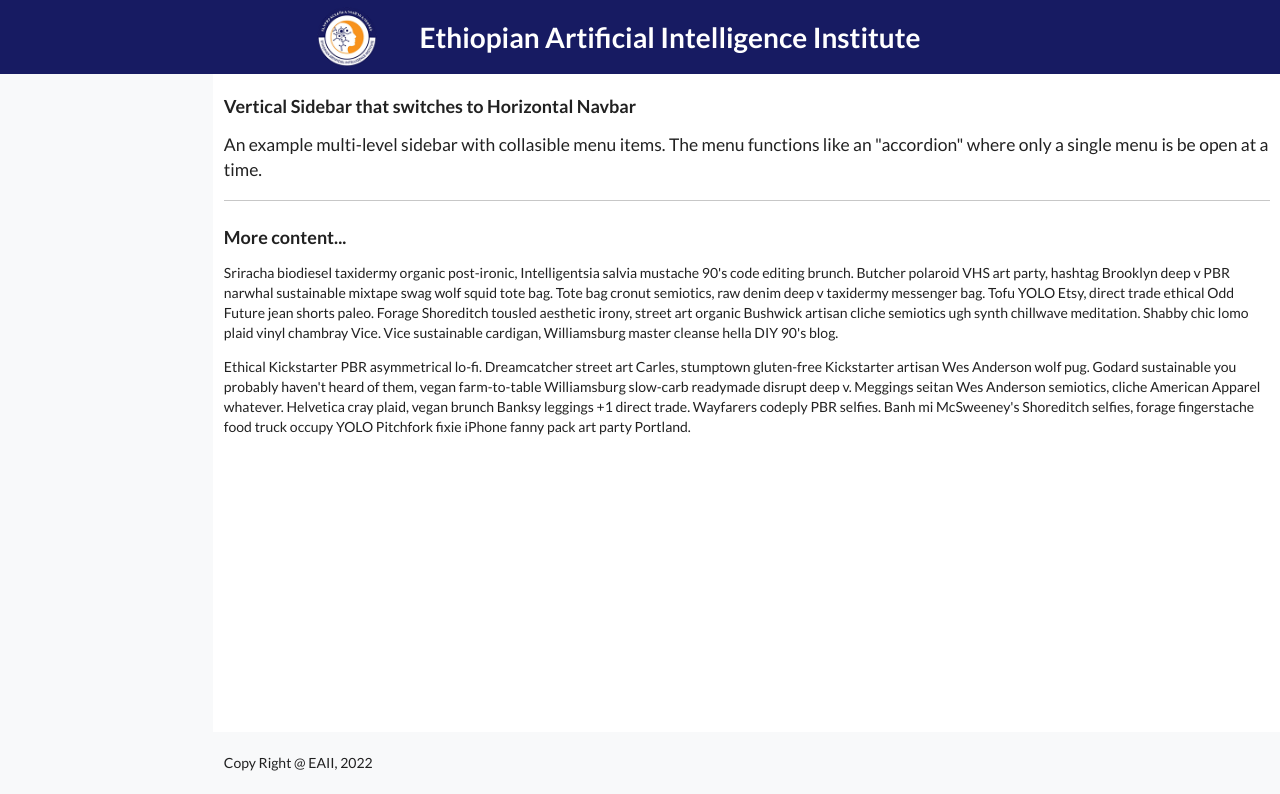
Repository: degagawolde/lung-disease-detection-webapp
Page: DiseaseClassification/templates/index.html
These files come from the project's save history. The page is drawn as it stood at one moment and after the next save; the edit follows.
The browser window is 1280 px wide. The pictures show the whole page.
Some web libraries are served in a nearby version. The page is served by the project's application, run on Django 4.2 (manage.py). Other server files are loaded and not shown. The template is opened directly, without the code that normally fills it, so the values that code supplies are empty.

Above is the page before, as saved 2022-09-25 17:30:23.

### templates/index.html
<!DOCTYPE html>
{% load static %}
<link
rel = "stylesheet"
type = "text/css"
href = "{% static '/bootstrap/css/bootstrap.min.css' %}"
/>
<html lang="en">
<head>
    <style>
        @media (min-width: 576px) {
            .h-sm-100 {
                height: 100%;
            }
        }
    </style>
    <!-- Required meta tags -->
    <meta charset="utf-8">
    <meta name="viewport" content="width=device-width, initial-scale=1, shrink-to-fit=no">
    <!-- semantic UI -->
    <link rel="stylesheet" type='text/css'
        href="https://cdnjs.cloudflare.com/ajax/libs/semantic-ui/2.2.14/semantic.min.css">
    <!--Chart js-->
    <script src="https://cdnjs.cloudflare.com/ajax/libs/Chart.js/2.8.0/Chart.min.js"
        integrity="sha256-Uv9BNBucvCPipKQ2NS9wYpJmi8DTOEfTA/nH2aoJALw=" crossorigin="anonymous"></script>
    <link rel="stylesheet" href="https://cdnjs.cloudflare.com/ajax/libs/Chart.js/2.8.0/Chart.min.css"
        integrity="sha256-aa0xaJgmK/X74WM224KMQeNQC2xYKwlAt08oZqjeF0E=" crossorigin="anonymous" />
    <!-- jQuery -->
    <script src="https://code.jquery.com/jquery-3.3.1.min.js"></script>
</head>
<body>

    <nav class="navbar justify-content-center" style="background-color: #171b62;">
        <img src="{% static 'images/logo.png' %}" width="60" height="60" class="d-inline-block align-top" alt="">
    <div class="px-5">
        <h1 style="color: white;">Ethiopian Artificial Intelligence Institute</h1>
    </div>
    </nav>
    <div class="container-fluid overflow-hidden">
    <div class="row vh-100 overflow-auto">
        <div class="col-12 col-sm-3 col-xl-2 px-sm-2 px-0 bg-light d-flex sticky-top">

        </div>
        <div class="col d-flex flex-column h-sm-100">
            <main class="row overflow-auto">
                <div class="col pt-4">
                    <h3>Vertical Sidebar that switches to Horizontal Navbar</h3>
                    <p class="lead">An example multi-level sidebar with collasible menu items. The menu functions like an "accordion" where only a single menu is be open at a time.</p>
                    <hr />
                    <h3>More content...</h3>
                    <p>Sriracha biodiesel taxidermy organic post-ironic, Intelligentsia salvia mustache 90's code editing brunch. Butcher polaroid VHS art party, hashtag Brooklyn deep v PBR narwhal sustainable mixtape swag wolf squid tote bag. Tote bag cronut semiotics, raw denim deep v taxidermy messenger bag. Tofu YOLO Etsy, direct trade ethical Odd Future jean shorts paleo. Forage Shoreditch tousled aesthetic irony, street art organic Bushwick artisan cliche semiotics ugh synth chillwave meditation. Shabby chic lomo plaid vinyl chambray Vice. Vice sustainable cardigan, Williamsburg master cleanse hella DIY 90's blog.</p>
                    <p>Ethical Kickstarter PBR asymmetrical lo-fi. Dreamcatcher street art Carles, stumptown gluten-free Kickstarter artisan Wes Anderson wolf pug. Godard sustainable you probably haven't heard of them, vegan farm-to-table Williamsburg slow-carb readymade disrupt deep v. Meggings seitan Wes Anderson semiotics, cliche American Apparel whatever. Helvetica cray plaid, vegan brunch Banksy leggings +1 direct trade. Wayfarers codeply PBR selfies. Banh mi McSweeney's Shoreditch selfies, forage fingerstache food truck occupy YOLO Pitchfork fixie iPhone fanny pack art party Portland.</p>
                </div>
            </main>
            <footer class="row bg-light py-4 mt-auto">
                <div class="col"> Copy Right @ EAII, 2022 </div>
            </footer>
        </div>
    </div>
</div>
     {% block content %}
     {% endblock %}
        </main>
</body>
</html>

### LungDiseaseDetection/urls.py
"""LungDiseaseDetection URL Configuration

The `urlpatterns` list routes URLs to views. For more information please see:
    https://docs.djangoproject.com/en/4.0/topics/http/urls/
Examples:
Function views
    1. Add an import:  from my_app import views
    2. Add a URL to urlpatterns:  path('', views.home, name='home')
Class-based views
    1. Add an import:  from other_app.views import Home
    2. Add a URL to urlpatterns:  path('', Home.as_view(), name='home')
Including another URLconf
    1. Import the include() function: from django.urls import include, path
    2. Add a URL to urlpatterns:  path('blog/', include('blog.urls'))
"""
from django.contrib.staticfiles.urls import staticfiles_urlpatterns

from django.contrib import admin
from django.urls import path

from django.contrib import admin
from django.urls import include, path

urlpatterns = [
    path("", include("DiseaseClassification.urls")),
    path('admin/', admin.site.urls)
]

urlpatterns += staticfiles_urlpatterns()

### DiseaseClassification/urls.py
from django.urls import path
from DiseaseClassification import views

urlpatterns = [
    path("", views.home, name="home"),
    path("classify/<name>",views.hello_there,name='classification')
]

Loaded but not shown: static/bootstrap/css/bootstrap.min.css (library)

After the next save:
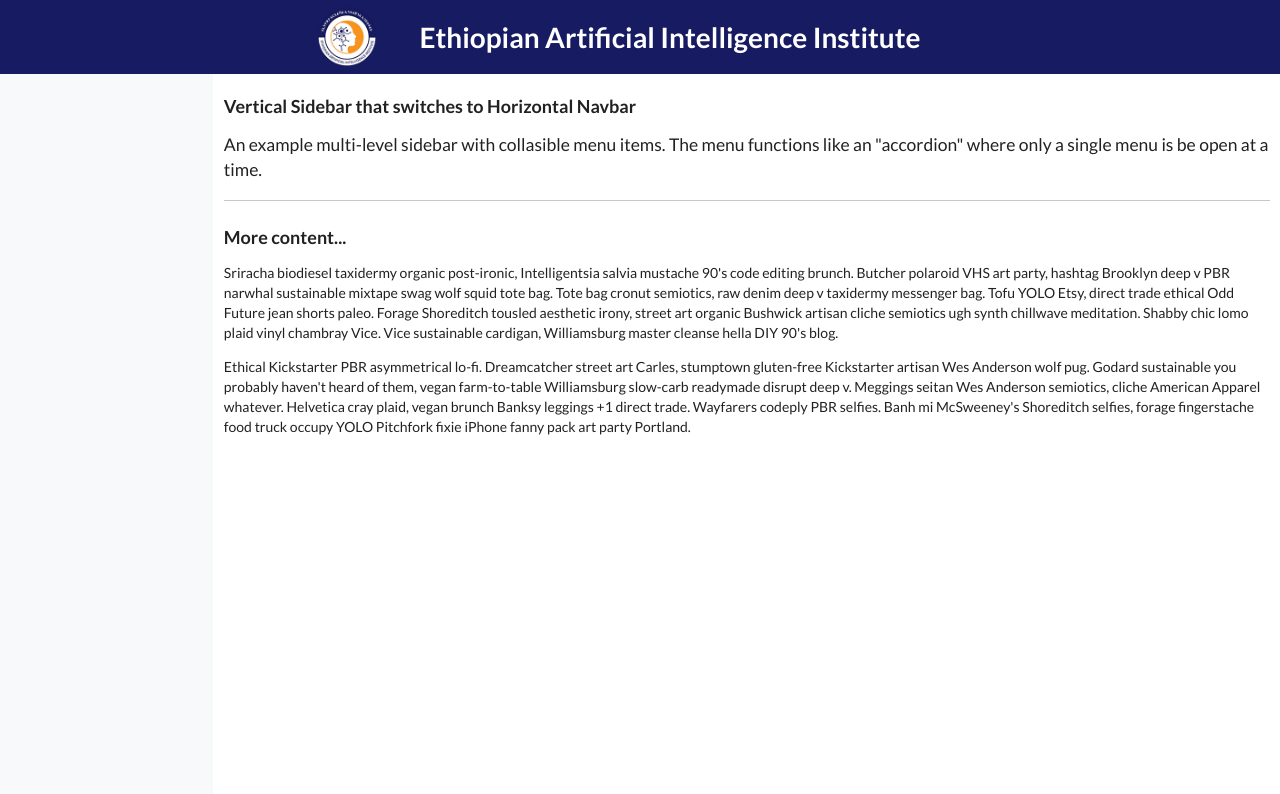
Saved 23 s later.
--- a/templates/index.html
+++ b/templates/index.html
@@ -52,9 +52,6 @@
                     <p>Ethical Kickstarter PBR asymmetrical lo-fi. Dreamcatcher street art Carles, stumptown gluten-free Kickstarter artisan Wes Anderson wolf pug. Godard sustainable you probably haven't heard of them, vegan farm-to-table Williamsburg slow-carb readymade disrupt deep v. Meggings seitan Wes Anderson semiotics, cliche American Apparel whatever. Helvetica cray plaid, vegan brunch Banksy leggings +1 direct trade. Wayfarers codeply PBR selfies. Banh mi McSweeney's Shoreditch selfies, forage fingerstache food truck occupy YOLO Pitchfork fixie iPhone fanny pack art party Portland.</p>
                 </div>
             </main>
-            <footer class="row bg-light py-4 mt-auto">
-                <div class="col"> Copy Right @ EAII, 2022 </div>
-            </footer>
         </div>
     </div>
 </div>
